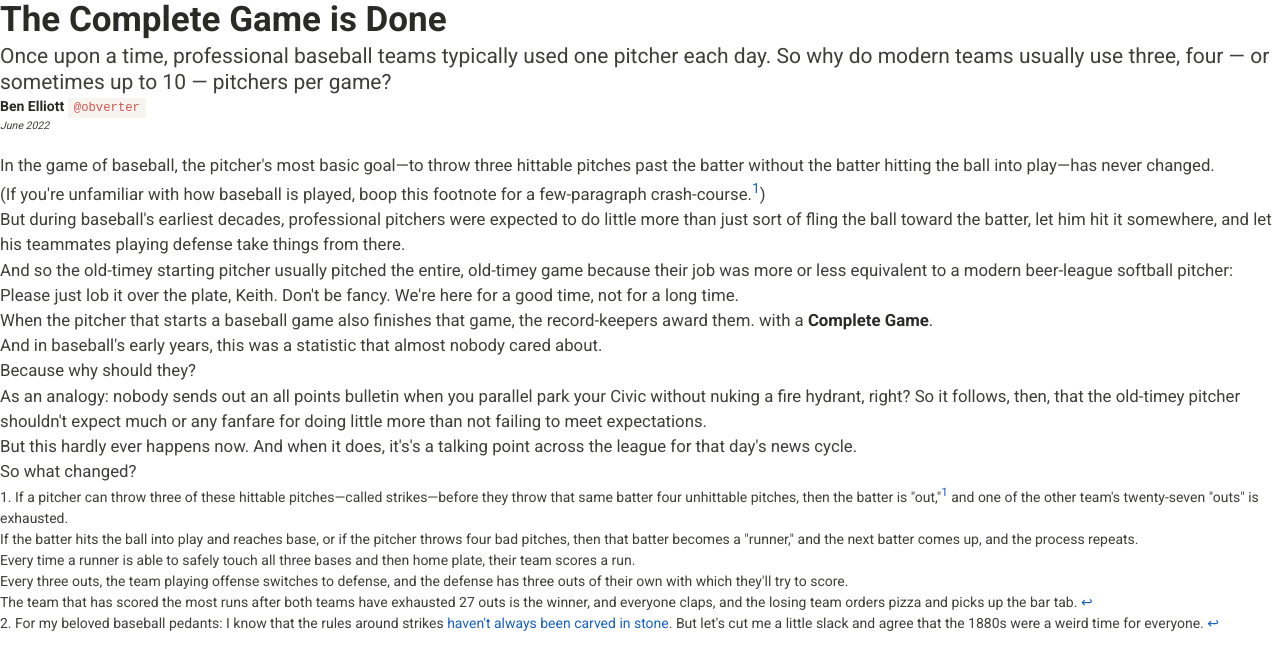
Repository: obverter/complete-games-are-done
Page: index.html
These files come from the project's save history. The page is drawn as it stood at one moment and after the next save; the edit follows.
The browser window is 1280 px wide. The pictures show the whole page.

Above is the page before, as saved 2022-06-24 22:45:48.

### index.html
<!DOCTYPE html>
<html>

<head>
    <meta charset="utf-8" />
    <meta name="viewport" content="width=device-width, initial-scale=1" />
    <title>Complete Games Are Done</title>
    <!-- todo: Title above is the text in the browser tab. -->
    <link rel="stylesheet" href="docs/bulmaswap.min.css" />
</head>

<body>
    <h1 class="title is-2">The Complete Game is Done</h1>
    <!-- todo: Title above is the Content title. -->
    <p class="subtitle is-4">
        Once upon a time, professional baseball teams
        typically used one pitcher each day. So why do
        modern teams usually use three, four — or sometimes
        up to 10 — pitchers per game?
        <!-- todo: Subtitle above is the Content subtitle. -->
    </p>

    <h6 class="title is-6">
        Ben Elliott <code>@obverter</code>
    </h6>
    <h6 class="subtitle is-7"><em>June 2022</em></h6>

    <p>
        In the game of baseball, the pitcher's most basic
        goal—to throw three hittable pitches past the batter
        without the batter hitting the ball into play—has
        never changed.
    </p>
    <p>
        (If you're unfamiliar with how baseball is played,
        boop this footnote for a few-paragraph
        crash-course.<sup><a href="#fn1" id="ref1">1</a></sup>)
    </p>

    <p>
        But during baseball's earliest decades, professional
        pitchers were expected to do little more than just
        sort of fling the ball toward the batter, let him
        hit it somewhere, and let his teammates playing
        defense take things from there.
    </p>
    <p>
        And so the old-timey starting pitcher usually
        pitched the entire, old-timey game because their job
        was more or less equivalent to a modern beer-league
        softball pitcher:
    </p>
    <blockquote>
        Please just lob it over the plate, Keith. Don't be
        fancy. We're here for a good time, not for a long
        time.
    </blockquote>
    <p>
        When the pitcher that starts a baseball game also
        finishes that game, the record-keepers award them.
        with a <strong>Complete Game</strong>.
    </p>
    <p>
        And in baseball's early years, this was a statistic
        that almost nobody cared about.
    </p>
    <p>Because why should they?</p>
    <p>
        As an analogy: nobody sends out an all points
        bulletin when you parallel park your Civic without
        nuking a fire hydrant, right? So it follows, then,
        that the old-timey pitcher shouldn't expect much or
        any fanfare for doing little more than not failing
        to meet expectations.
    </p>
    <p>
        But this hardly ever happens now. And when it does,
        it's's a talking point across the league for that
        day's news cycle.
    </p>
    <p>So what changed?</p>

    <sup id="fn1">
        <p>
            1. If a pitcher can throw three of these hittable
            pitches—called strikes—before they throw that same
            batter four unhittable pitches, then the batter is
            "out,"<sup><a href="#fn2" id="ref1">1</a></sup>
            and one of the other team's twenty-seven "outs" is
            exhausted.
        </p>
        <p>
            If the batter hits the ball into play and reaches
            base, or if the pitcher throws four bad pitches,
            then that batter becomes a "runner," and the next
            batter comes up, and the process repeats.
        </p>
        <p>
            Every time a runner is able to safely touch all
            three bases and then home plate, their team scores a
            run.
        </p>
        <p>
            Every three outs, the team playing offense switches
            to defense, and the defense has three outs of their
            own with which they'll try to score.
        </p>
        <p>
            The team that has scored the most runs after both
            teams have exhausted 27 outs is the winner, and
            everyone claps, and the losing team orders pizza and
            picks up the bar tab.
            <a href="#ref1" title="Jump back to footnote 1 in the text.">↩</a>
            <br>
            <sup id="fn2">
                <p>
                    2. For my beloved baseball pedants: I know that the
                    rules around strikes
                    <a strong href="https://www.baseball-almanac.com/articles/strike_zone_rules_history.shtml">haven't
                        always been carved in stone</a>. But let's cut me a little slack and agree that
                    the 1880s were a weird time for everyone.
                    <a href="#ref2" title="Jump back to footnote 2 in the text.">↩</a>
            </sup>

</body>

</html>

Loaded but not shown: docs/bulmaswap.min.css (library)

After the next save:
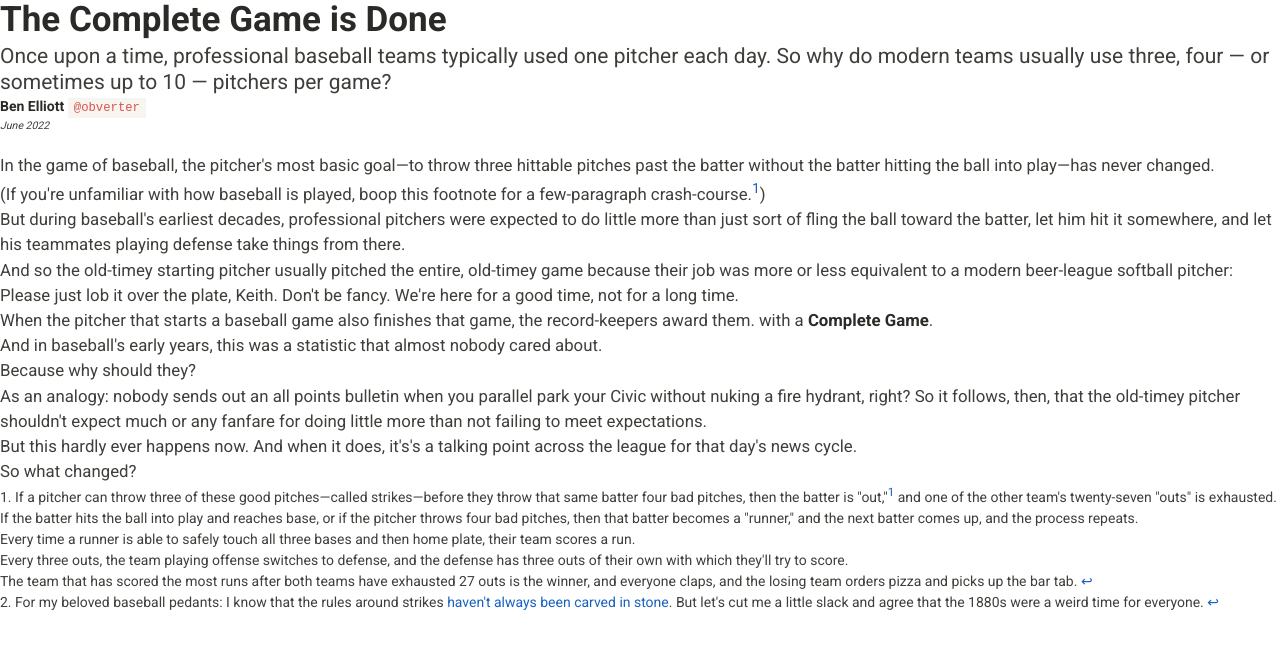
Saved 96 s later.
--- a/index.html
+++ b/index.html
@@ -82,9 +82,9 @@
 
     <sup id="fn1">
         <p>
-            1. If a pitcher can throw three of these hittable
+            1. If a pitcher can throw three of these good
             pitches—called strikes—before they throw that same
-            batter four unhittable pitches, then the batter is
+            batter four bad pitches, then the batter is
             "out,"<sup><a href="#fn2" id="ref1">1</a></sup>
             and one of the other team's twenty-seven "outs" is
             exhausted.
